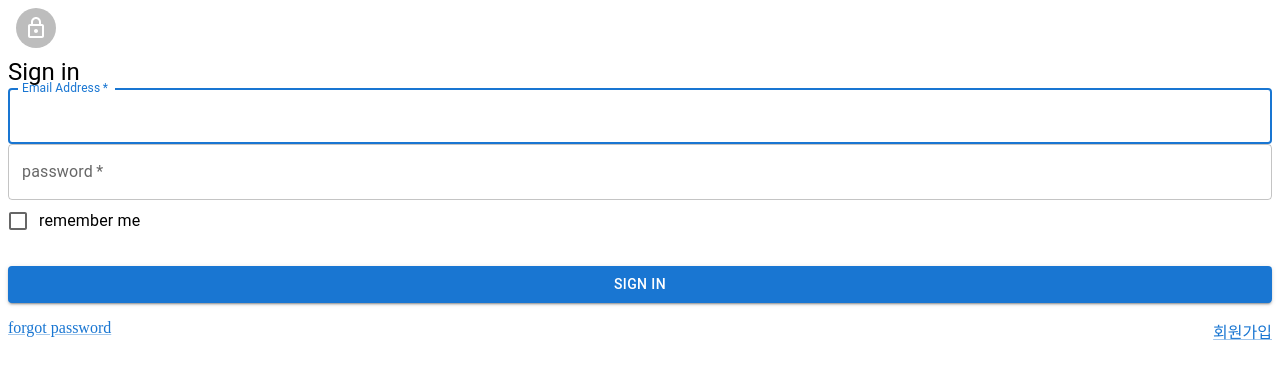
Repository: chlwpdnswku/nextjsportpolioclone
Page: /
An editor plug-in stored every save of this project. The page is shown before and after the next save, followed by the edit.
The browser window is 1280 px wide. The pictures show the whole page.
The project was rebuilt for these pictures with package versions that can differ from the ones it lists, and the page was loaded fresh each time. The framework's server and built-in components were replaced by stand-ins that run in the browser. Also part of the build but not shown: next.config.js.

Above is the page before, as saved 2022-08-05 17:06:15.

After the next save:
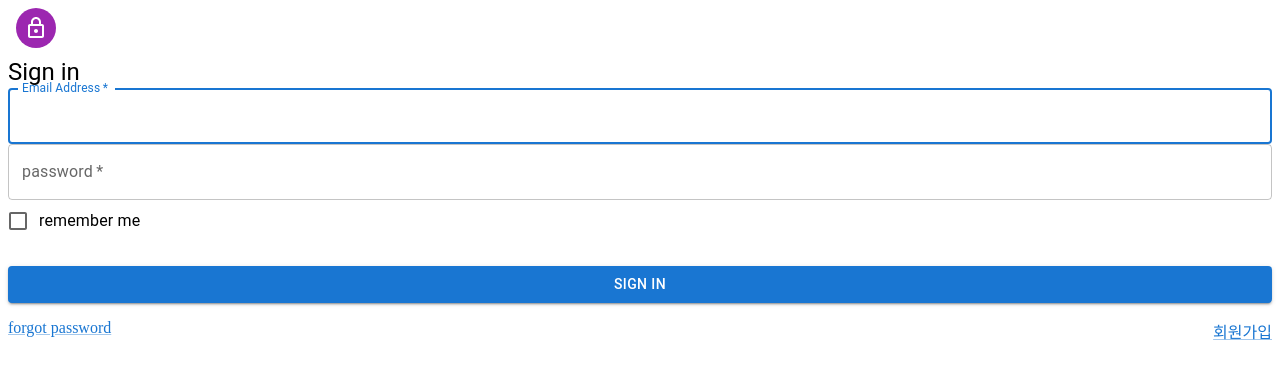
Saved 9 s later.
--- a/pages/index.tsx
+++ b/pages/index.tsx
@@ -21,7 +21,7 @@ const Home: NextPage = () => {
     <>
       {/* Typography는 text폰트를 지정할수 있도록 하는 것 h1 테그로 감싸지고 variant h5 는 mui에서 지정한 h5디자인 적용  */}
       {/* Avata를 통해 아이콘을 원형으로 하기 sx제거해도 자동으로 margin 1만큼  */}
-      <Avatar sx={{ m: 1, bgcolor: '' }}>
+      <Avatar sx={{ m: 1, bgcolor: 'secondary.main' }}>
         {' '}
         <LockOutlinedIcon />
       </Avatar>
